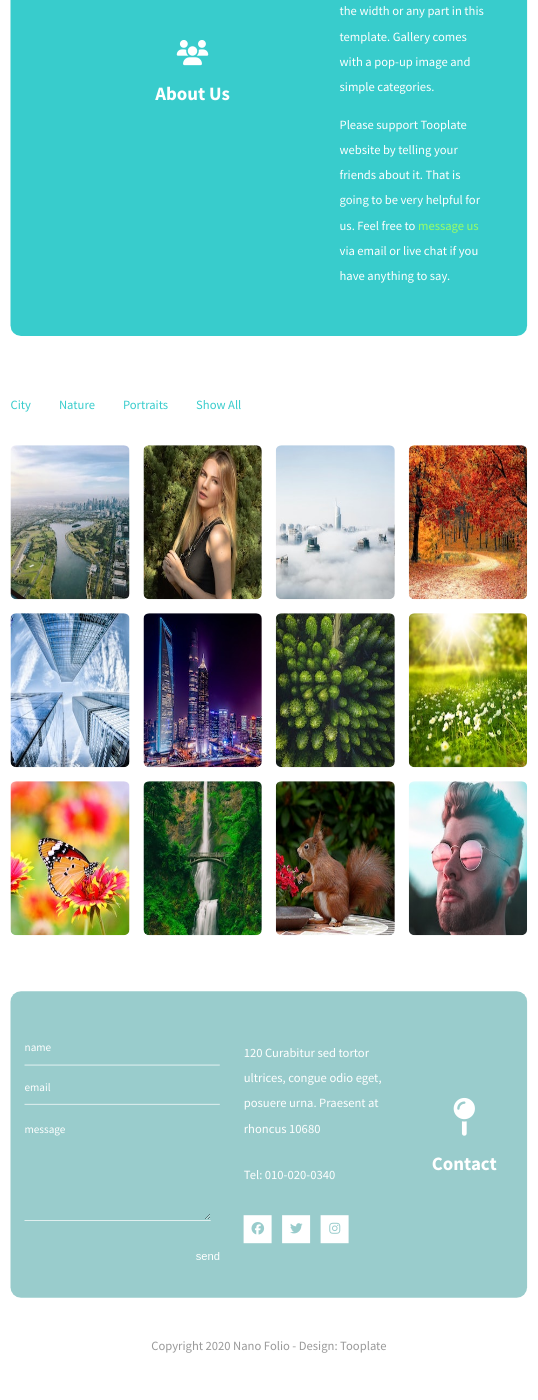
Repository: BuiVanVu102/Tooplate
Page: index.html
These files come from the project's save history. The page is drawn as it stood at one moment and after the next save; the edit follows.
The browser window is 768 px wide. The pictures show the part of the page from y = 830 to 3070 px (the page is 2830 px tall before and 3070 px after), at 70% of full size.
Some web libraries are served in a nearby version. The style sheet was rebuilt from its Sass, Less or Tailwind sources for each picture, by a compiler version that may differ from the author's.

Above is the page before, as saved 2021-11-17 10:22:52.

### index.html
<!DOCTYPE html>
<html lang="en">
<head>
	<meta charset="UTF-8">
	<meta http-equiv="X-UA-Compatible" content="IE=edge">
	<meta name="viewport" content="width=device-width, initial-scale=1.0">
	<link rel="preconnect" href="https://fonts.googleapis.com">
	<link rel="preconnect" href="https://fonts.gstatic.com" crossorigin>
	<link href="https://fonts.googleapis.com/css2?family=Source+Sans+Pro:wght@400;700&display=swap" rel="stylesheet">
	<link rel="stylesheet" href="./css/app.css">
	<title>Nano Folio - Live View</title>
</head>
<body>
		<div class="wrapper">
			<main>
				<section class="first">
					<div class="container">
						<div class="first__container">
							<i class="fas fa-heart fa-3x"></i>
							<h1 class="first__name">Nano Folio</h1>
						</div>
					</div>
				</section>
				<section class="about">
					<div class="container">
						<div class="about__container">
							<div class="about__heading">
								<i class="fas fa-users fa-2x"></i>
								<h2 class="about__name">
									About Us
								</h2>
							</div>
							<div class="about__desc">
								<p class="about__typography1">
									Nano Folio is simple HTML template with a minimal very light-weight custom CSS file. Max content width is 940 pixels. You can easily change the width or any part in this template. Gallery comes with a pop-up image and simple categories.
								</p>
								<p class="about__typography2">
									Please support Tooplate website by telling your friends about it. That is going to be very helpful for us. Feel free to <a rel="nofollow" href="https://www.tooplate.com/contact" target="_blank" style="color: #99FF66;">message us</a>  via email or live chat if you have anything to say.
								</p>
							</div>
						</div>
					</div>
				</section>
				<section class="show">
					<div class="container">
						<div class="show__container">
							<div class="show__header">
								<ul class="menu">
									<li class="menu__item"><a href="#!">City</a></li>
									<li class="menu__item"><a href="#!">Nature</a></li>
									<li class="menu__item"><a href="#!">Portraits</a></li>
									<li class="menu__item"><a href="#!">Show All</a></li>
								</ul>
							</div>
							<div class="show__list">
								<div class="show__img">
									<img src="./images/city-1.jpg" alt="">
								</div>
								<div class="show__img">
									<img src="./images/human-1.jpg" alt="">
								</div>
								<div class="show__img">
									<img src="./images/city-2.jpg" alt="">
								</div>
								<div class="show__img">
									<img src="./images/nature-1.jpg" alt="">
								</div>
								<div class="show__img">
									<img src="./images/city-3.jpg" alt="">
								</div>
								<div class="show__img">
									<img src="./images/city-4.jpg" alt="">
								</div>
								<div class="show__img">
									<img src="./images/nature-2.jpg" alt="">
								</div>
								<div class="show__img">
									<img src="./images/nature-3.jpg" alt="">
								</div>
								<div class="show__img">
									<img src="./images/nature-4.jpg" alt="">
								</div>
								<div class="show__img">
									<img src="./images/nature-5.jpg" alt="">
								</div>
								<div class="show__img">
									<img src="./images/nature-6.jpg" alt="">
								</div>
								<div class="show__img">
									<img src="./images/human-2.jpg" alt="">
								</div>

							</div>
						</div>
					</div>
				</section>
				<section class="form">
					<div class="container">
						<div class="form__container">
							<div class="form__submit">
								<input type="text" name="" id="" placeholder="name">
								<input type="email" name="" id="" placeholder="email">
								<textarea name="" id="" cols="30" rows="10" placeholder="message"></textarea>
								<button type="submit">send</button>
							</div>
							<div class="form__info">
								<address class="form__adress">120 Curabitur sed tortor ultrices, congue odio eget, posuere urna. Praesent at rhoncus 10680</address>
								<div class="form__phone">
									Tel: <a href="tel:0100200340" class="form__phone-link">010-020-0340</a>
								</div>
								<div class="form__network">
									<a href="https://facebook.com"><i class="fab fa-facebook"></i></a>
									<a href="https://twitter.com"><i class="fab fa-twitter"></i></a>
									<a href="https://instagram.com"><i class="fab fa-instagram"></i></a>

								</div>
							</div>
							<div class="form__contact">
								<i class="fas fa-map-pin fa-3x"></i>
								<h2 class="form__contact-text">
									Contact
								</h2>
							</div>
						</div>
					</div>
				</section>
			</main>
			<footer class="footer">
				<div class="container">
					<div class="footer__container">

					Copyright 2020 Nano Folio - Design: <a rel="sponsored" href="https://www.tooplate.com" class="footer__link">Tooplate</a>
					</div>
				</div>
			</footer>
		</div>
		<script src="https://kit.fontawesome.com/33b4a28a88.js" crossorigin="anonymous"></script>
</body>
</html>

### sass/app.scss
@import 'variable';
@import 'reset';
@import 'global';
@import 'first';
@import 'about';
@import 'show';
@import 'form';
@import 'footer';

### sass/_variable.scss
$font: 'Source Sans Pro', sans-serif;
$text-color: #ffff;
$title-color: #38cccc;

### sass/_reset.scss
html {
	box-sizing: border-box;
  }
  * {
	margin: 0;
	padding: 0;
  }
  *,
  *:before,
  *:after {
	box-sizing: border-box;
  }
  input,
  textarea,
  select,
  button {
	outline: none;
  }
  input {
	line-height: normal;
  }
  label,
  button {
	cursor: pointer;
  }
  a {
	text-decoration: none;
  }
  img {
	display: block;
	max-width: 100%;
  }

### sass/_global.scss
body {
	line-height: 2em;
	color: $font;
	font-size: 18px;
	font-family: $font;
	font-weight: 400;
	background-color: white;
	overflow-x: hidden;
}

.wrapper {
	max-width: 100%;
	margin: 0 auto;
}
.container {
	width: 100%;
	max-width: 970px;
	margin: 0 auto;
	padding: 0px 15px;
}

### sass/_first.scss
.first {
	margin-top: 60px;
	&__container{
		display: flex;
		flex-direction: column;
		justify-content: center;
		align-items: center;
		border-radius: 15px;
		max-width: 940px;
		height: 470px;
		background-color: #f96699;
		color: white;
		margin-bottom: 50px;

	}
	&__name {
		margin: 22px 0;
	}
}
.fa-hear:before {
	content: "\f004";
}

### sass/_about.scss
.about {
	margin-top: 0px;
	&__container {
		display: flex;
		flex: 1 1;
		flex-grow: 1;
		flex-shrink: 1;
		flex-basis: 0%;


		padding: 50px 50px;
		margin-bottom: 80px;

		min-height: 482px;
		max-width: 940px;
		background-color: #38cccc;
		color: white;

		border-radius: 15px;
	}
	&__heading {
		display: flex;
		flex-direction: column;
		align-items: center;
		justify-content: center;


		min-width: 420px;
		min-height:382px;



	}
	&__name {
		margin:  22px 0;
		font-size: 1.5em;
		font-weight: bold;
	}
	&__decs {
		display: block;
	}
	&__typography1 {

		display: block;
		margin: 18px 0 40px;
		font: 18px;

		margin-block-start: 1em;
    	margin-block-end: 1em;
    	margin-inline-start: 0px;
    	margin-inline-end: 0px;


	}
	&__typography2 {

		display: block;
		margin: 18px 0 0;
		font: 18px;

		margin-block-start: 1em;
		margin-block-end: 1em;
		margin-inline-start: 0px;
		margin-inline-end: 0px;
	}
}
.fa-user:before {
	content: "\f0c0";
}

@media screen and (max-width: 767px) {
	.about {
		&__heading {
			min-width: auto;
		}
	}
}

### sass/_show.scss
.show {
	margin-bottom: 80px;
	&__container {
		display: block;
	}
	&__header {
		display: flex;
		justify-content: flex-end;
		align-items: center;
		margin-bottom: 40px;
		color: #38CCCC;
	}
	&__list {
		display: grid;
		grid-template-columns: repeat(4, 1fr);
		gap: 20px;

		position: relative;
	}
	&__img img{
		width: 220px;
		height: 220px;
		border-radius: 0.5rem;
	}

}

.menu {
	list-style: none;
	display: flex;
	align-items: center;
	gap: 0 40px;


	&__item a {
		color: inherit;
		font-size: 18px;
	}
	&__item a:focus{
		color: #f96699;
	}
}
@media screen and (max-width: 768px) {
	.show__header {
		display: flex;
		justify-content: flex-start;
	}

}

### sass/_form.scss
.form {
	margin-bottom: 50px;
	&__container {
		display: flex;
		justify-content: space-between;
		align-self: center;

		max-width: 940px;
		height: 438px;

		color: white;
		background-color: #99CCCC;

		padding: 50px 20px;

		border-radius: 15px;
	}
	&__submit {
		display: block;
		width: 40%;
	}
	&__submit  input{
		display: block;
		font-family: $font;
		font-size: 1rem;
		background: transparent;
		color: white;
		border: 0;
		border-bottom: 1px solid white;
		padding: 15px 0;
		margin-top: 5px;
		margin-bottom: 5px;
		width: 100%;
	}
	&__submit textarea {
		font-family: $font;
		font-size: 1rem;
		background:transparent;
		border: 0;
		border-bottom: 1px solid white;
		color: white;
		padding: 15px 0;
		margin: 5px 0 30px;
		max-width: 100%;
		max-height: 156px;
	}
	&__submit input:focus-visible {
		outline-offset: 0px;
		outline: -webkit-focus-color auto 1px;
		outline-color: -webkit-focus-ring-color;
		outline-style: auto;
		outline-width: 1px;
	}
	&__submit textarea:focus-visible {
		outline-offset: 0px;
		outline: -webkit-focus-ring-color auto 1px;
		outline-color: -webkit-focus-ring-color;
		outline-style: auto;
		outline-width: 1px;
	}
	&__submit button {
		display: block;

		background: none;
		color: white;
		font-size: 1rem;
		border: 0;
		cursor: pointer;
		transition: all 0.3s ease;

		margin-left: auto;
		margin-right: 0;
	}
	&__submit button:hover {
		color: black;
	}
	&__submit button:focus-visible {
		outline-offset: 0px;
		outline: -webkit-focus-ring-color auto 1px;
		outline-color: -webkit-focus-ring-color;
		outline-style: auto;
		outline-width: 1px;
	}
	&__info {
		display: block;

		width: 40%;
		padding: 20px 34px 0;
	}
	&__adress{
		display: block;
		margin-bottom: 30px;
		font-style: normal;
		font-size: 18px;

		max-width: 292px;
	}
	&__phone {
		display: block;
		margin-bottom: 40px;
		color: white;
		&-link {
			color: inherit;
			transition: all 0.3s ease;
		}
		&-link:hover {
			color: #38CCCC;
		}
	}
	&__network {
		display: flex;

	}
	&__network a {
		display: flex;
		justify-content: center;
		align-items: center;

		height: 40px;
		width: 40px;

		background-color: #ffff;
		margin-right: 15px;

		color: #99cccc;
		transition: all 0.3s ease;
	}
	&__network a:hover {
		color: #30ADAD;
	}
	&__contact {
		display: flex;
		flex-direction: column;
		align-items: center;
		justify-content: center;

		width: 20%;
		padding: 0 34px;
		&-text {
			display: block;
			margin: 22.4px;
			font-size: 1.5em;
			font-weight: bold;

		}
	}
}
::placeholder {
	color: white;

}

.fa-facebook:before {
	content: "\f09a";
}
.fa-twitter:before {
    content: "\f099";
}
.fa-instagram:before {
    content: "\f16d";
}
.fa-map-pin:before {
    content: "\f276";
}

### sass/_footer.scss
.footer {
	margin-bottom: 60px;
	&__container {
		display: block;
		color: #999999;
		text-align: center;
	}
	&__link {
		color:#999999;
		transition: all 0.3s ease;
	}
	&__link:hover {
		color: #38CCCC;
	}

}

After the next save:
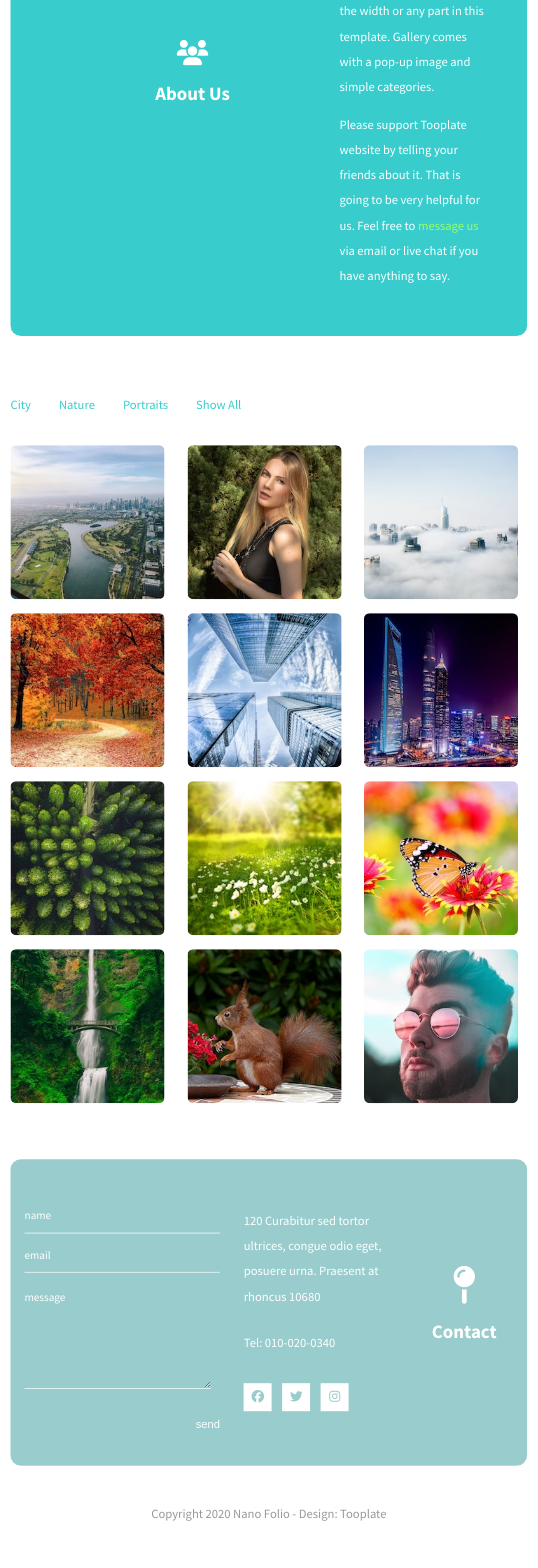
Saved 78 s later.
--- a/sass/_show.scss
+++ b/sass/_show.scss
@@ -45,5 +45,9 @@
 		display: flex;
 		justify-content: flex-start;
 	}
+	.show__list {
+		display: grid;
+		grid-template-columns: repeat(3, 1fr);
+	}
 
 }
